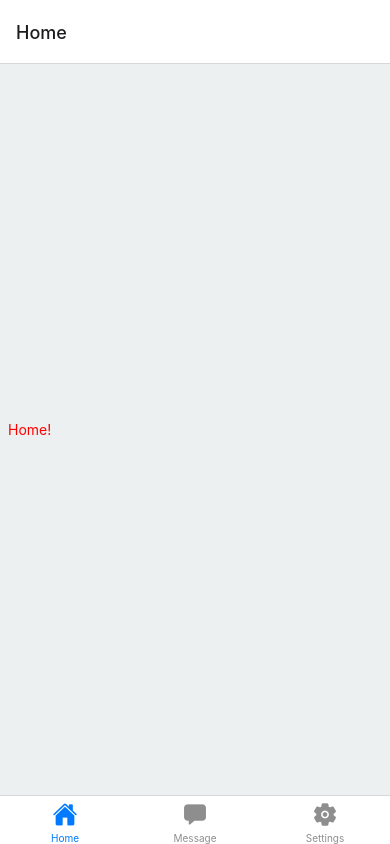
Repository: Waikato153/AwesomeProject
Screen: /
The author's editor kept a copy of each file at every save. The screen is drawn from the files as they stood at one save, then again after a run of saves.
The app was drawn by React Native's web renderer in a window 390 px wide. The project was rebuilt for these pictures with package versions that can differ from the ones it lists, and the page was loaded fresh each time.

Above is the screen before, as saved 2024-02-28 08:09:17.

After the next 2 saves:
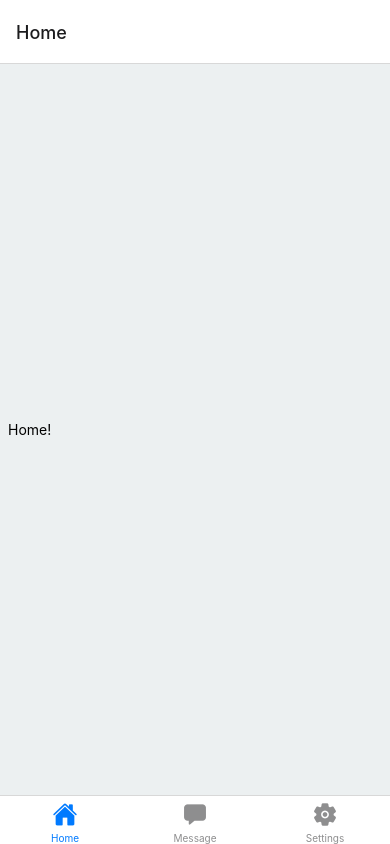
The 2 saves are shown as one change because 1 did not build or start.
The last was saved 60 s later.
--- a/App.js
+++ b/App.js
@@ -1,5 +1,5 @@
 import * as React from 'react';
-import { Text, View, StyleSheet } from 'react-native';
+import { Text, View, StyleSheet} from 'react-native';
 import { NavigationContainer } from '@react-navigation/native';
 import { createBottomTabNavigator } from '@react-navigation/bottom-tabs';
 import { Ionicons } from '@expo/vector-icons';
@@ -7,7 +7,7 @@ import { Ionicons } from '@expo/vector-icons';
 function HomeScreen() {
   return (
     <View style={styles.container}>
-      <Text style={{color: 'red'}}>Home!</Text>
+      <Text>Home!</Text>
     </View>
   );
 }
